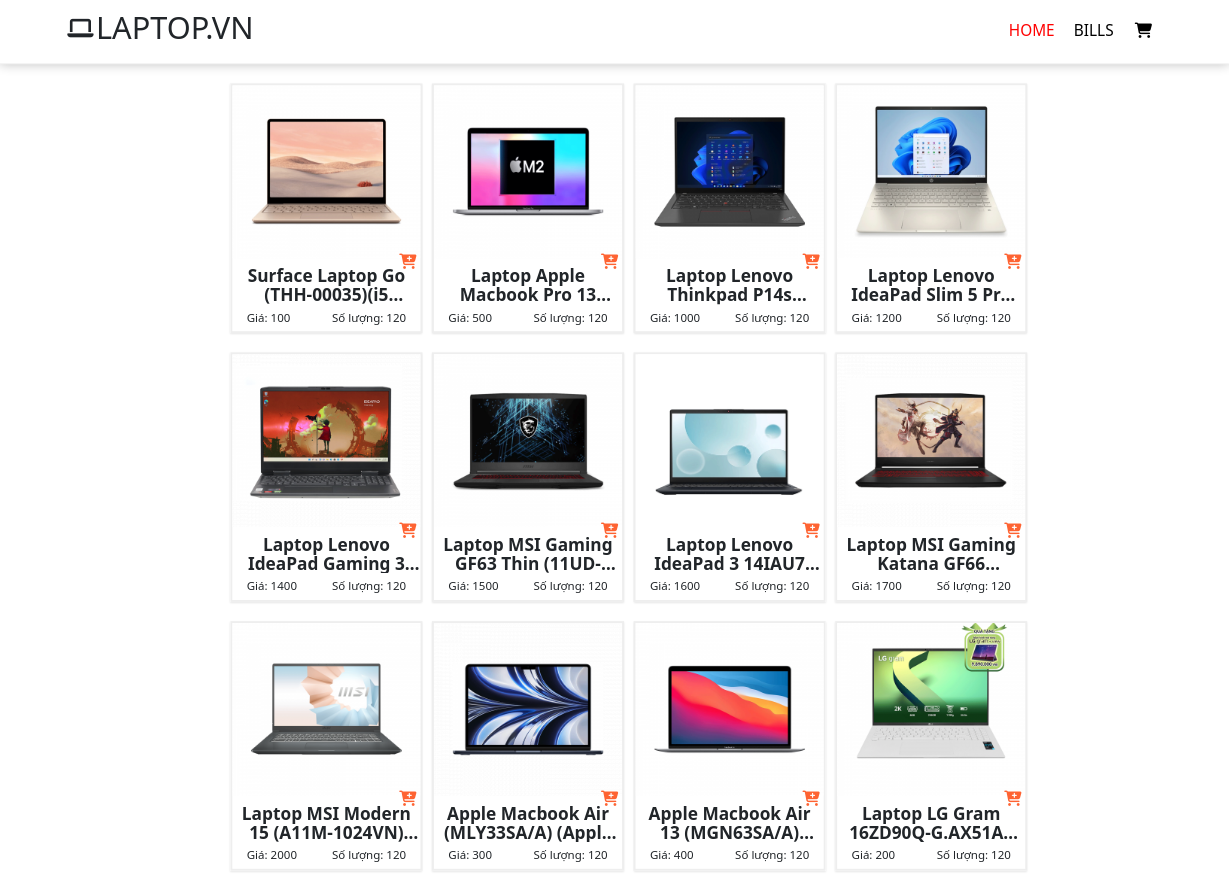
Repository: nguyenhaidang212/danh-sach-ban-hang
Page: index.html
The author's editor kept a copy of each file at every save. The page is drawn from the files as they stood at one save, then again after the next save.
The browser window is 1280 px wide. The pictures show the whole page, at 96% of full size.
The page's requests for data from a server got no answer. Some web libraries are served in a nearby version.

Above is the page before, as saved 2023-04-15 03:36:37.

### index.html
<!DOCTYPE html>
<html lang="en">
  <head>
    <meta charset="UTF-8" />
    <meta http-equiv="X-UA-Compatible" content="IE=edge" />
    <meta name="viewport" content="width=device-width, initial-scale=1.0" />
    <title>LaptopSHOP</title>
    <script
      src="https://kit.fontawesome.com/2568d54abe.js"
      crossorigin="anonymous"
    ></script>
    <link
      href="https://cdn.jsdelivr.net/npm/bootstrap@5.3.0-alpha1/dist/css/bootstrap.min.css"
      rel="stylesheet"
      integrity="sha384-GLhlTQ8iRABdZLl6O3oVMWSktQOp6b7In1Zl3/Jr59b6EGGoI1aFkw7cmDA6j6gD"
      crossorigin="anonymous"
    />
    <script
      src="https://cdn.jsdelivr.net/npm/bootstrap@5.3.0-alpha1/dist/js/bootstrap.bundle.min.js"
      integrity="sha384-w76AqPfDkMBDXo30jS1Sgez6pr3x5MlQ1ZAGC+nuZB+EYdgRZgiwxhTBTkF7CXvN"
      crossorigin="anonymous"
    ></script>
    <link rel="stylesheet" href="./style/style.css" />
    <link rel="stylesheet" href="./style/responsive.css">
  </head>
  <body>
    <div class="overlay"></div>
    <header>
      <div class="header">
        <div class="header-title">
          <i class="fa-solid fa-laptop header-icon-title"></i>
          <h2 class="laptop">LAPTOP.VN</h2>
        </div>
        <div class="header-menu">
          <div class="menu-link header-menu-home">
            <span class="none home" href="">HOME</span>
          </div>
          <!-- <div class="menu-link header-menu-about">
            <span class="none payment" href="">INFO</span>
          </div>
          <div class="menu-link header-menu-order">
            <span class="none header-payment" href="">PAYMENT</span>
          </div> -->
          <div class="menu-link header-menu-order">
            <span class="none order" href="">BILLS</span>
          </div>
          <div class="menu-link carts header-menu-bill">
            <i class="fas fa-shopping-cart buy_display buy_icon none"> </i>
          </div>
          <div class="buy_count" style="display: none"></div>
          <div class="line"></div>
        </div>
        <div class="header-menu2"><i class="fa-solid fa-bars"></i></div>
      </div>
    </header>
    <!-- Trang giao dien -->
    <main class="main_menu">
      <div class="list"></div>
    </main>
    <!-- Trang danh sach -->
    <main class="main_buy" style="display: none">
      <div class="img">
        <img src="./imgs/117-1170538_404-your-cart-is-empty.png" alt="" />
      </div>
      <div id="main_buy">
        <div class="title">
          <span>Product Name</span><span>Quantity</span><span>Subtotal</span
          ><span>Total</span><span>Clear Cart</span>
        </div>
        <div class="info"></div>
        <div class="buy">
          <div class="total">
            <strong>Total: $</strong>
            <span class="bill"></span>
          </div>
        </div>
        <div  class="main_buy_btn">
          <button type="button" class="btn btn-outline-primary btn_back">Back to shopping</button>
          <button type="button" class="btn btn-success btn_buy">Buy</button>
        </div>
      </div>
    </main>
    <!-- Trang thong tin -->
    <main class="main_info" style="display: none">
      <div class="buy_form">
        <div class="form_title">
          <h1>Thông tin người mua</h1>
          <i class="fa-solid fa-xmark buy_form_close"></i>
        </div>
        <div class="form_content">
          <div class="form_grid">
            <div class="username">
              <div class="input-group mb-3">
                <span class="input-group-text" id="basic-addon1">Họ</span>
                <input
                  type="text"
                  class="form-control form_username"
                  aria-label="Username"
                  aria-describedby="basic-addon1"
                />
              </div>
              <div class="form_wrong wrong1"></div>
              <div class="input-group mb-3">
                <span class="input-group-text" id="basic-addon1">Tên</span>
                <input
                  type="text"
                  class="form-control form_username2"
                  aria-label="Username"
                  aria-describedby="basic-addon1"
                />
              </div>
              <div class="form_wrong wrong2"></div>
            </div>
            <div class="input-group mb-3">
              <span class="input-group-text" id="basic-addon1">Email</span>
              <input
                type="text"
                class="form-control form_email"
                aria-label="Username"
                aria-describedby="basic-addon1"
              />
            </div>
            <div class="form_wrong wrong3"></div>
            <div class="input-group mb-3">
              <span class="input-group-text" id="basic-addon1"
                >Số điện thoại</span
              >
              <input
                type="text"
                class="form-control form_number"
                aria-label="Username"
                aria-describedby="basic-addon1"
              />
            </div>
            <div class="form_wrong wrong4"></div>
            <!-- <div id="address">Địa chỉ</div> -->
            <div class="form_address"></div>
            <div class="address">
              <select
                class="form-select select-city"
                aria-label="Default select example"
              >
                <option selected value="" class="option-city">
                  --Chọn Tỉnh/Thành phố--
                </option>
              </select>
              <select
                class="form-select select-district"
                aria-label="Default select example"
              >
                <option selected>--Chọn Huyện/Quận--</option>
              </select>
              <select
                class="form-select select-ward"
                aria-label="Default select example"
              >
                <option selected>--Chọn Xã--</option>
              </select>
            </div>
            <div class="form_wrong wrong5"></div>
            <div class="input-group mb-3">
              <input
                type="text"
                class="form-control form_home"
                placeholder="Số nhà"
                aria-label="Username"
                aria-describedby="basic-addon1"
              />
            </div>
            <div class="form-floating">
              <textarea
                class="form-control form_message"
                placeholder="Leave a comment here"
                id="floatingTextarea2"
                style="height: 200px"
              ></textarea>
              <label for="floatingTextarea2">Lời nhắn</label>
            </div>
          </div>
        </div>
        <div class="confirm">
          <button type="button" class="btn btn-primary show btn-confirm">
            Xác nhận
          </button>
        </div>
      </div>
    </main>
    <!-- Trang thanh toan -->
    <main class="main_confirm" style="display: none">
      <div class="confirm_header" style="display: none">
        Bạn chưa nhập thông tin khách hàng
      </div>
      <div class="confirm_header2" style="display: none">
        Bạn chưa lên đơn hàng
      </div>
      <div class="confirm_context">
        <div class="confirm_grid">
          <div class="confirm_title"><strong>Code</strong></div>
          <div class="confirm_title"><strong>Customer Name</strong></div>
          <div class="confirm_title"><strong>Date</strong></div>
          <div class="confirm_title"><strong>Item Numbers</strong></div>
          <div class="confirm_title"><strong>Total Quantity</strong></div>
          <div class="confirm_title"><strong>Totol Price</strong></div>
          <div class="confirm_title"><strong>Return</strong></div>
        </div>
        <div class="confirm_item_buy" style="display: none">
          <i class="fa-solid fa-circle-xmark close_list"></i>
          <div class="item_buy_title">
            <strong>Name</strong> <strong>Price</strong
            ><strong>Quantity</strong>
          </div>
        </div>
        <div class="confirm_btn">
          <button class="finish" id="">Create Order!</button>
        </div>
      </div>
    </main>
    <!-- Don hang thanh cong -->
    <main class="success" style="display: none">
      Bạn đã đặt hàng thành công !
    </main>
    <!-- Trang danh sach don hang -->
    <div id="order" style="display: none">
      <div class="order-menu">
        <div class="order-title">
          <div class="input-group mb-3 order_search">
            <input
              type="text"
              class="form-control"
              placeholder="Nhập mã đơn hàng cần tìm"
              aria-label="Recipient's username"
              aria-describedby="button-addon2"
            />
            <button
              class="btn btn-outline-secondary btn-search"
              type="button"
              id="button-addon2"
            >
              Tìm kiếm
            </button>
          </div>
        </div>
        <div class="order-gird">
          <strong>Order ID</strong><strong>Customer Name</strong
          ><strong>Date</strong><strong>Item Number</strong><strong>Total Quantity</strong
          ><strong>Total Price</strong><strong>Return</strong>
        </div>
      </div>
    </div>
    <div id="order-detail" style="display: none">
      <div class="order-detail-overlay"></div>
      <div class="order-detail-body">
        <h1 style="margin-bottom: 12px;">
          Order details</h1>
        </div>
      </div>
    </div>
  </body>
  <script src="./javascript/variable.js"></script>
  <script src="./javascript/localStorage.js"></script>
  <script async src="./javascript/function.js"></script>
  <script src="./javascript/render.js"></script>
  <script src="./javascript/apiVariable.js"></script>
  <script src="./javascript/apiFunction.js"></script>
  <script src="./javascript/validateHandle.js"></script>
  <script src="./javascript/style.js"></script>
  <script src="./javascript/handle.js"></script>
</html>

### style/style.css
* {
  padding: 0;
  margin: 0;
  box-sizing: border-box;
}
.form {
  display: inline-grid;
  grid-template-columns: 150px 150px 150px 150px;
  column-gap: 20px;
  row-gap: 20px;
  text-align: center;
  margin-bottom: 20px;
}
/* header */
.header {
  display: flex;
  border-bottom: 1px solid #eee;
  width: 100%;
  padding: 10px 100px 10px;
  justify-content: space-between;
  box-shadow: 0 0 12px 0 rgba(0, 0, 0, 0.3);
}
.header-title {
  display: flex;
  font-size: 20px;
}
.header-icon-title {
  position: absolute;
  left: 70px;
  top: 19px;
  font-size: 22px;
}
.none {
  cursor: pointer;
}
.header-menu {
  display: flex;
  grid-template-columns: 50px 50px 50px 50px;
  column-gap: 20px;
  margin-top: 10px;
  position: relative;
}
.header-menu2 {
  display: none;
  cursor: pointer;
}
.latop {
  cursor: pointer;
}
li {
  list-style: none;
}
li:hover {
  cursor: pointer;
}
.line {
  height: 2px;
  background-color: red;
  position: fixed;
  pointer-events: none;
  transition: all 0.2s linear;
}
.home {
  color: red;
}

.header-menu {
  text-decoration: none;
  color: black;
  position: relative;
}
.buy_count {
  width: 24px;
  height: 24px;
  padding: 4px;
  background-color: red;
  position: absolute;
  border-radius: 50%;
  right: -36px;
  border: 2px solid #fff;
  top: -12px;
  color: white;
  line-height: 12px;
  font-size: 12px;
  text-align: center;
}
/* main_menu */
main {
  width: 1200px;
  margin: 20px auto;
}
.list {
  display: grid;
  width: 800px;
  margin: auto;
  grid-template-columns: 25% 25% 25% 25%;
  column-gap: 10px;
  row-gap: 20px;
  text-align: center;
}
.item {
  border: 2px solid #eee;
  position: relative;
  z-index: 1;
  box-shadow: 0 1px 2px 0 rgba(0, 0, 0, 0.1);
  transition: transform linear 0.1s;
  /* max-height: 200px;
  overflow: hidden; */
}
.item:hover {
  box-shadow: 0 1px 20px 0 rgba(0, 0, 0, 0.05);
  transform: translateY(-1px);
}
.item-imgs {
  width: 100%;
  height: 180px;
  display: flex;
  justify-content: center;
  align-items: center;
  margin-bottom: 8px;
  overflow: hidden;
}
.item-img {
  text-align: center;
  width: 100%;
}
.item-title {
  font-weight: 600;
  margin-bottom: 4px;
  padding: 0 8px;
  height: 40px;
  line-height: 20px;
  font-size: 18px;
  overflow: hidden;
  display: block;
  display: -webkit-box;
  -webkit-box-orient: vertical;
  -webkit-line-clamp: 2;
}
.item-info {
  display: flex;
  justify-content: space-between;
  margin: 5px;
  padding: 0 10px;
  font-size: 12px;
}
.item-icon {
  position: absolute;
  border-radius: 50%;
  width: 30px;
  height: 30px;
  line-height: 30px;
  bottom: 36px;
  right: -4px;
}
.item-add {
  color: #fe6332;
  cursor: pointer;
  position: absolute;
  top: -15px;
  right: 8px;
}
.buy_display {
  cursor: pointer;
}
.buy_icon {
  position: absolute;
  right: -20px;
  top: 3px;
}
/* main_buy */
.back,
.finish {
  background-color: #fe6332;
  color: white;
  border-radius: 4px;
  width: 200px;
  height: 30px;
  border: none;
  cursor: pointer;
}
#buy {
  background-color: #27aa99;
  color: white;
  border-radius: 4px;
  width: 50px;
  height: 30px;
  border: none;
  cursor: pointer;
}
.title {
  display: grid;
  grid-template-columns: 600px 200px 100px 100px 100px;
  text-align: center;
  padding-bottom: 20px;
  font-weight: 700;
  border-bottom: 1px solid rgba(0, 0, 0, 0.2);
}
.list_buy {
  display: flex;
  text-align: center;
  margin-bottom: 12px;
  max-height: 400px;
  border-bottom: 1px solid rgba(0, 0, 0, 0.05);
}
#buy-img {
  width: 100px;
  margin-top: -10px;
}
.buy-name {
  width: 500px;
  height: 60px;
  text-align: left;
  line-height: 30px;
  margin-right: 45px;
  overflow: hidden;
}
.buy-quality {
  width: 150px;
  display: grid;
  grid-template-columns: 30px 50px 20px;
}
.buy-price,
.buy-del,
.buy-sum,
.return_item {
  width: 100px;
}
.buy-price {
  margin-right: 8px;
}
.btn-outline-primary {
  --bs-btn-color: red;
  --bs-btn-border-color: red;
  --bs-btn-hover-color: #fff;
  --bs-btn-hover-bg: red;
  --bs-btn-hover-border-color: red;
  --bs-btn-focus-shadow-rgb: 13, 110, 253;
  --bs-btn-active-color: #fff;
  --bs-btn-active-bg: red;
  --bs-btn-active-border-color: red;
  --bs-btn-active-shadow: inset 0 3px 5px rgba(0, 0, 0, 0.125);
  --bs-btn-disabled-color: red;
  --bs-btn-disabled-bg: transparent;
  --bs-btn-disabled-border-color: red;
  --bs-gradient: none;
}
.buy {
  margin: auto;
  display: flex;
  justify-content: space-between;
  margin-top: 50px;
}
.main_buy_btn {
  display: flex;
  justify-content: space-between;
  margin-top: 20px;
}
.main_info {
  margin: auto;
  position: fixed;
  z-index: 2;
  place-items: center;
  top: 50%;
  right: 50%;
  transform: translate(50%, -50%);
}
.overlay {
  display: none;
  position: absolute;
  width: 100%;
  height: 100%;
  background-color: rgba(0, 0, 0, 0.4);
  z-index: 1;
}
#buy {
  margin-right: 40px;
}
.img {
  text-align: center;
}
.buy-del,
.return_order {
  color: red;
  cursor: pointer;
}
.plus-icon,
.minus-icon {
  /* margin: 0 24px; */
  cursor: pointer;
  border: 1px solid #eee;
  padding: 4px;
  border-radius: 50%;
  height: 30px;
  width: 30px;
}
.plus-icon:hover {
  background-color: #fe6332;
}
.minus-icon:hover {
  background-color: #27aa99;
}
.total {
  width: 100%;
  text-align: right;
}
.bill {
  margin-right: 30px;
}
/* Trang thanh toan */
.buy_form {
  margin: 0 auto;
  background-color: white;
  border-radius: 8px;
  padding-top: 8px;
}
.buy_form_close {
  font-size: 20px;
  color: #666;
  cursor: pointer;
}
.mb-3,
.input-group {
  margin-bottom: 0 !important;
}

textarea {
  resize: none;
  margin-top: 1rem;
}
.form_title {
  display: flex;
  justify-content: space-between;
  margin: 20px;
}
.form_content {
  border-top: 1px solid #eee;
  border-bottom: 1px solid #eee;
  padding: 30px 20px;
}
.form_com .username {
  display: flex;
  justify-content: space-between;
  column-gap: 20px;
}
.address {
  display: flex;
  justify-content: space-between;
}
.dropdown {
  text-align: center;
  margin-bottom: 10px;
}
.form_title i {
  cursor: pointer;
}
.confirm {
  text-align: right;
  padding: 20px;
}
.close:hover {
  opacity: 0.8;
}
.form-select {
  width: 300px;
  text-align: center;
}
.form_wrong {
  color: red;
  font-size: 15px;
  margin-bottom: 1rem;
}
.address {
  margin-bottom: 12px;
}
/* Trang thanh toan */
.confirm_grid {
  display: grid;
  text-align: center;
  grid-template-columns: 150px 250px 100px 200px 200px 200px 100px;
  grid-template-rows: 20px;
  row-gap: 12px;
}
.confirm_name {
  height: 20px;
  line-height: 20px;
  overflow: hidden;
  text-overflow: ellipsis;
}
#back2,
.finish {
  margin-top: 12px;
}
.details {
  color: blue;
  cursor: pointer;
}
.details:hover {
  text-decoration: underline;
}
.confirm_item_buy {
  width: 600px;
  margin: 12px;
  padding: 8px;
  border: 1px solid #eee;
  border-radius: 4px;
}
.item_buy,
.item_buy_title {
  display: grid;
  grid-template-columns: 50% 25% 25%;
  column-gap: 8px;
  row-gap: 8px;
  text-align: center;
}
.item_buy_name {
  height: 50px;
  line-height: 25px;
  overflow: hidden;
  display: -webkit-box;
  -webkit-box-orient: vertical;
  -webkit-line-clamp: 2;
}
.close_list {
  cursor: pointer;
}
.close_list:hover {
  opacity: 0.8;
}
.max_item {
  text-align: center;
  color: red;
  font-size: 20px;
  margin: 12px;
  margin-top: 30px;
}
.confirm_btn {
  display: flex;
  justify-content: right;
  margin-top: 12px;
}
.finish {
  background-color: #198754;
  width: max-content;
  padding: 0 12px;
}
.back:hover {
  opacity: 0.8;
}
.finish:hover {
  opacity: 0.8;
}
.info {
  color: red;
  font-size: 20px;
  text-align: center;
  margin-top: 12px;
}
/* Success */
.success {
  font-size: 20px;
  font-weight: 600;
  color: white;
  background-color: #0d6efd;
  width: max-content;
  margin: 200px auto;
  text-align: center;
  padding: 20px;
  border-radius: 8px;
  cursor: pointer;
}
/* Trang danh sach don hang */
#order {
  width: 1200px;
  height: 800px;
  margin: auto;
  margin-top: 50px;
  padding: 24px;
  background-color: #f3f4fb;
  border-radius: 8px;
}
.order-gird,
.order-grid-items {
  display: grid;
  grid-template-columns: 15% 15% 15% 15% 15% 15% 10% 5%;
  grid-template-rows: 30px;
  text-align: center;
  line-height: 30px;
}
.order-menu {
  background-color: white;
  padding: 4px;
  overflow-y: scroll;
  height: 750px;
  border-radius: 8px;
}
.order-gird {
  background-color: #f3f4fb;
  border-radius: 4px;
  border-bottom: 12px;
}
.order-search {
  border-radius: 29px;
  border: 2px solid #f3f4fb;
  margin-bottom: 8px;
  padding: 4px;
  padding-left: 8px;
  font-size: 12px;
}
.order-title {
  padding: 6px;
  background-color: white;
  border-radius: 12px;
  display: flex;
  justify-content: left;
}
.btn-search {
  z-index: 0 !important;
}
.order_search {
  width: 500px;
}
.all-order {
  border-radius: 50%;
  color: #0d6efd;
  font-size: 16px;
}
.order-grid-items {
  border-radius: 4px;
}
.order-grid-items:nth-child(even) {
  background-color: #f3f4fb;
}
.order-detail {
  position: relative;
  cursor: pointer;
}
.order-item {
  width: 300px;
  background-color: #f3f4fb;
  text-align: left;
  display: none;
  padding: 8px;
}
.order-detail:hover {
  color: #0d6efd;
}
/*  */
#order-detail {
  display: flex;
  position: fixed;
  top: 0;
  right: 0;
  left: 0;
  bottom: 0;
}
.order-detail-overlay {
  position: absolute;
  width: 100%;
  height: 100%;
  background-color: rgba(0, 0, 0, 0.4);
  z-index: 1;
}
.order-detail-body {
  background-color: #f3f4fb;
  margin: auto;
  position: fixed;
  z-index: 2;
  place-items: center;
  top: 50%;
  right: 50%;
  transform: translate(50%, -50%);
  height: max-content;
  width: 1000px;
  padding: 20px;
  padding-top: 12px;
  border-radius: 4px;
}
.order-detail-grid {
  display: grid;
  grid-template-columns: 30% 65%;
  column-gap: 20px;
  row-gap: 20px;
  margin-top: 4px;
}
.order-detail-title {
  grid-column: 1/3;
}
.order-detail-list {
  height: fit-content;
  max-height: 280px;
  scroll-behavior: smooth;
  overflow-y: scroll;
}
.show-detail-item {
  color: #0d6efd;
  cursor: pointer;
}
.detail-list-title {
  display: grid;
  grid-template-columns: 20% 60% 10%;
  column-gap: 20px;
}
#list-item-name {
  word-wrap: break-word;
  display: -webkit-box;
  -webkit-box-orient: vertical;
  -webkit-line-clamp: 2;
  overflow: hidden;
}
.list-item-order {
  display: grid;
  grid-template-columns: 80% 20%;
  border-radius: 4px;
  height: max-content;
  max-height: 400px;
  border: 1px solid #f3f4fb;
  background-color: #eee;
  padding: 8px;
  padding-top: 0;
  row-gap: 10px;
  overflow-y: scroll;
}
#tensanpham {
  width: 400px;
  word-break: break-all;
  display: -webkit-box;
  -webkit-box-orient: vertical;
  -webkit-line-clamp: 2;
  overflow: hidden;
}
.soluong {
  text-align: center;
  font-size: 20px;
  font-weight: 600;
}
.hide-detail-item {
  display: none;
  cursor: pointer;
  color: #0d6efd;
}
#message {
  overflow-wrap: break-word;
  max-height: 120px;
  overflow-y: scroll;
}
#username {
  max-width: 200px;
  overflow-wrap: break-word;
  /* max-height: 30px; */
  /* overflow: hidden; */
}

### style/responsive.css
@media (max-width: 1200px) {
  main {
    width: 100%;
    margin: 20px auto;
  }
  .list {
    display: grid;
    width: 600px;
    margin: auto;
    grid-template-columns: 33% 33% 33%;
    column-gap: 10px;
    row-gap: 20px;
    text-align: center;
  }
}
@media (max-width: 700px) {
  main {
    width: 100%;
    margin: 20px auto;
  }
  .list {
    display: grid;
    width: 400px;
    margin: auto;
    grid-template-columns: 50% 50%;
    column-gap: 10px;
    row-gap: 20px;
    text-align: center;
  }
  .header-menu {
    display: none;
  }
  .header-menu2 {
    display: block;
  }
  .header-title {
    display: none;
  }
}
@media (max-width: 500px) {
  main {
    width: 100%;
    margin: 20px auto;
  }
  .list {
    display: block;
    width: 60%;
    margin: auto;
  }
  .header-title {
    display: none;
  }
  .header-menu2 {
    display: block;
    position: relative;
    right: 0;
  }
  .item {
    height: fit-content;
  }
}

### javascript/localStorage.js
//-----Localstorage-----
const getItemList = () => {
  return JSON.parse(localStorage.getItem(keyLocalStorageItemCart));
};
const getList = function getListLocalstorage() {
  return JSON.parse(localStorage.getItem(keyLocalStorageListSP));
};
const getOrder = () => {
  return JSON.parse(localStorage.getItem(userOrder));
};
function setListLocalstorage(arr) {
  localStorage.setItem(keyLocalStorageListSP, JSON.stringify(arr));
}
function setListItem(arr) {
  localStorage.setItem(keyLocalStorageItemCart, JSON.stringify(arr));
}
function setOrder(arr) {
  localStorage.setItem(userOrder, JSON.stringify(arr));
}
// localStorage.clear();
setListLocalstorage(listData);
setListItem([]);
setOrder([]);

### javascript/style.js
const menu = document.querySelectorAll(".menu-link");
const line = document.querySelector(".line");
menu.forEach((e) => {
  e.addEventListener("mouseenter", (e) => {
    const { left, top, width, height } = e.target.getBoundingClientRect();
    const offSetBottom = -2;
    line.style.width = `${width}px`;
    line.style.left = `${left}px`;
    line.style.top = `${top + height + offSetBottom}px`;
  });
});
document.querySelector(".header-menu").addEventListener("mouseleave", (e) => {
  line.style.width = 0;
});

Loaded but not shown: javascript/function.js (286 lines, source omitted); javascript/render.js (175 lines, source omitted); javascript/variable.js (144 lines, source omitted); javascript/handle.js (145 lines, source omitted); javascript/validateHandle.js (81 lines, source omitted); javascript/apiVariable.js (43 lines, source omitted); javascript/apiFunction.js (33 lines, source omitted)

After the next save:
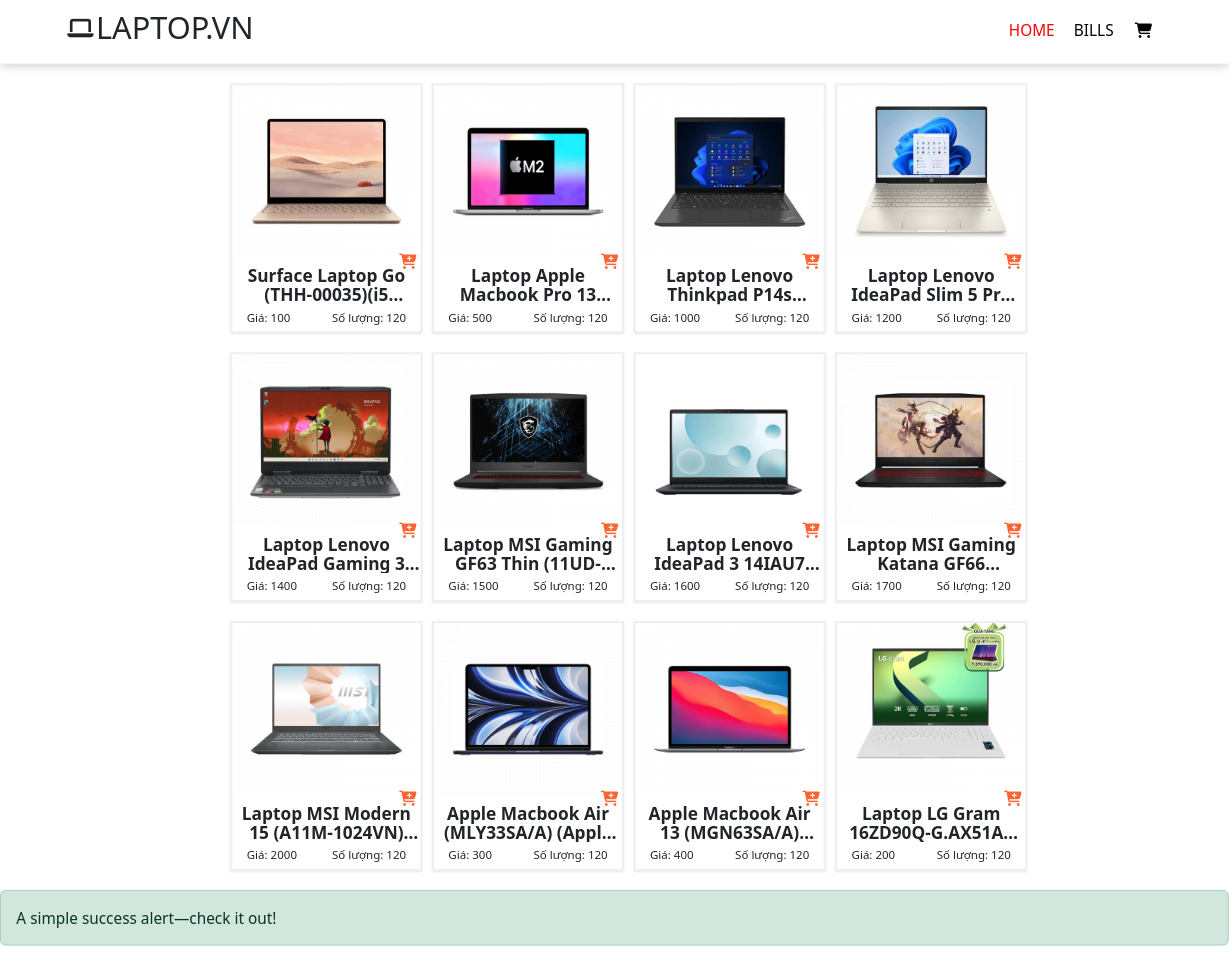
Saved 3 min 16 s later.
--- a/index.html
+++ b/index.html
@@ -255,6 +255,9 @@
         </div>
       </div>
     </div>
+    <div class="alert alert-success" role="alert">
+      A simple success alert—check it out!
+    </div>
   </body>
   <script src="./javascript/variable.js"></script>
   <script src="./javascript/localStorage.js"></script>
